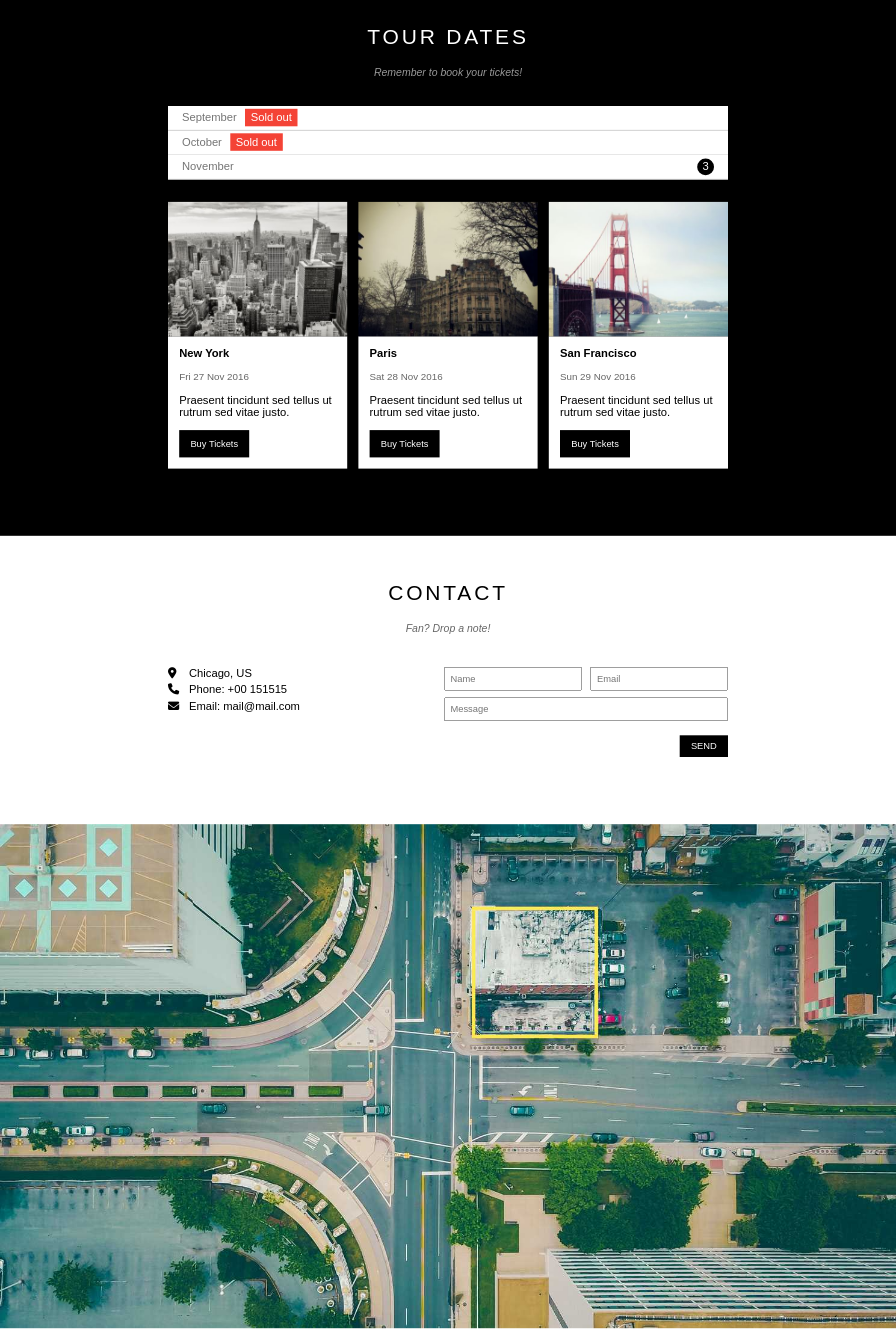
Repository: TranPhucThinh/clone-the-band
Page: index.html
The author's editor kept a copy of each file at every save. The page is drawn from the files as they stood at one save, then again after the next save.
The browser window is 1280 px wide. The pictures show the part of the page from y = 1328 to 3248 px (the page is 3230 px tall before and 3248 px after), at 70% of full size.
Some web libraries are served in a nearby version.

Above is the page before, as saved 2022-08-04 15:18:05.

### index.html
<!DOCTYPE html>
<html lang="en">

<head>
    <meta charset="UTF-8">
    <meta http-equiv="X-UA-Compatible" content="IE=edge">
    <meta name="viewport" content="width=device-width, initial-scale=1.0">

    <title>The Band</title>

    <link rel="stylesheet" href="./assets/style.css">
    <link rel="stylesheet" href="https://cdnjs.cloudflare.com/ajax/libs/font-awesome/6.1.2/css/all.min.css">
</head>

<body>
    <div id="main">

        <div id="header">
            <ul id="nav">
                <li><a href="">Home</a></li>
                <li><a href="">Band</a></li>
                <li><a href="">Tour</a></li>
                <li><a href="">Contact</a></li>
                <li>
                    <a href="">
                        More
                        <i class="fa-solid fa-caret-down"></i>
                    </a>

                    <ul class="subnav">
                        <li><a href="">Merchandise</a></li>
                        <li><a href="">Extras</a></li>
                        <li><a href="">Media</a></li>
                    </ul>
                </li>
            </ul>

            <div class="search-btn">
                <i class="fa-solid fa-magnifying-glass"></i>
            </div>
        </div>

        <div id="slider">
            <div class="text-slider">
                <div class="slider-heading">Los Angeles</div>
                <div class="slider-title">We had the best time playing at Venice Beach!</div>
            </div>
        </div>

        <div id="content">
            <!-- Section About -->
            <div class="section-about">
                <div class="section-content">
                    <p class="title">The band</p>
                    <i class="subtitle">We love music</i>

                    <p class="desc">
                        We have created a fictional band website. Lorem ipsum dolor sit amet, consectetur adipiscing
                        elit,
                        sed
                        do eiusmod tempor incididunt ut labore et dolore magna aliqua. Ut enim ad minim veniam, quis
                        nostrud
                        exercitation ullamco laboris nisi ut aliquip ex ea commodo consequat. Duis aute irure dolor in
                        reprehenderit in voluptate velit esse cillum dolore eu fugiat nulla pariatur. Excepteur sint
                        occaecat
                        cupidatat non proident, sunt in culpa qui officia deserunt mollit anim id est laborum
                        consectetur
                        adipiscing elit, sed do eiusmod tempor incididunt ut labore et dolore magna aliqua. Ut enim ad
                        minim
                        veniam, quis nostrud exercitation ullamco laboris nisi ut aliquip ex ea commodo consequat.
                    </p>
                    <div class="member">
                        <div class="member-1">
                            <p>Name</p>
                            <img src="./assets/imgs/bandmember.jpg" alt="">
                        </div>
                        <div class="member-2">
                            <p>Name</p>
                            <img src="./assets/imgs/bandmember.jpg" alt="">
                        </div>
                        <div class="member-3">
                            <p>Name</p>
                            <img src="./assets/imgs/bandmember.jpg" alt="">
                        </div>
                    </div>
                </div>
            </div>
            <!-- End of Section About -->

            <!-- Section Tour Dates -->
            <div class="tour-date">
                <div class="section-content">
                    <p class="title">Tour dates</p>
                    <i class="subtitle">Remember to book your tickets!</i>

                    <ul class="ticket-state">
                        <li>September<span class="sold-out">Sold out</span></li>
                        <li>October<span class="sold-out">Sold out</span></li>
                        <li>November<span class="quantity">3</span></li>
                    </ul>

                    <div class="places-list">
                        <div class="place-item">
                            <img src="./assets/imgs/newyork.jpg" alt="" class="place-img">
                            <div class="place-content">
                                <p class="place">New York</p>
                                <p class="time">Fri 27 Nov 2016</p>
                                <p class="place-desc">Praesent tincidunt sed tellus ut rutrum sed vitae justo.</p>
                                <button class="buy-ticket-btn">Buy Tickets</button>
                            </div>
                        </div>
                        <div class="place-item">
                            <img src="./assets/imgs/paris.jpg" alt="" class="place-img">
                            <div class="place-content">

                                <p class="place">Paris</p>
                                <p class="time">Sat 28 Nov 2016</p>
                                <p class="place-desc">Praesent tincidunt sed tellus ut rutrum sed vitae justo.</p>
                                <button class="buy-ticket-btn">Buy Tickets</button>
                            </div>
                        </div>
                        <div class="place-item">
                            <img src="./assets/imgs/sanfran.jpg" alt="" class="place-img">
                            <div class="place-content">
                                <p class="place">San Francisco</p>
                                <p class="time">Sun 29 Nov 2016</p>
                                <p class="place-desc">Praesent tincidunt sed tellus ut rutrum sed vitae justo.</p>
                                <button class="buy-ticket-btn">Buy Tickets</button>
                            </div>
                        </div>
                    </div>
                </div>
            </div>
            <!-- End of Section Tour Dates -->

            <!-- Section Contact -->
            <div class="section-contact">
                <div class="section-content">
                    <p class="title">Contact</p>
                    <i class="subtitle">Fan? Drop a note!</i>

                    <div class="contact-content">
                        <div class="contact-by">
                            <div class="address"><i class="fa-solid fa-location-dot icon-contact"></i>Chicago, US</div>
                            <div class="phone"><i class="fa-solid fa-phone icon-contact"></i>Phone: +00 151515</div>
                            <div class="email"><i class="fa-solid fa-envelope icon-contact"></i>Email: mail@mail.com
                            </div>
                        </div>

                        <div class="send-msg">
                            <form action="">
                                <div class="info-user">
                                    <input type="text" required class="input field-name" placeholder="Name">
                                    <input type="text" required class="input field-email" placeholder="Email">
                                </div>
                                <input type="text" required class="input field-msg" placeholder="Message">
                                <button class="send-btn">SEND</button>
                            </form>
                        </div>
                    </div>
                </div>
            </div>
            <!-- End of Section Contact -->

            <!-- Section Map -->
            <div class="section-map">
                <img src="./assets/imgs/map.jpg" alt="">
            </div>
            <!-- End of Section Map -->
        </div>

        <div id="footer">

        </div>
    </div>

</body>

</html>

### assets/style.css
* {
  padding: 0;
  margin: 0;
  box-sizing: border-box;
}

html {
  font-family: Arial, Helvetica, sans-serif;
}

/* Header Section */
#header {
  height: 46px;
  background-color: #000;
  position: fixed;
  top: 0;
  right: 0;
  left: 0;
  z-index: 1;
}

#nav {
  display: inline-block;
}

#nav > li {
  display: inline-block;
}

#nav li {
  position: relative;
}

#nav > li > a {
  color: #fff;
  text-transform: uppercase;
}

#nav li a {
  line-height: 46px;
  padding: 0 24px;
  display: inline-block;
  text-decoration: none;
}

#nav > li:hover > a,
.subnav li:hover a {
  color: #000;
  background-color: #ccc;
}

#nav .subnav {
  display: none;
  position: absolute;
  background-color: #fff;
  box-shadow: 0 4px 10px 0 rgb(0 0 0 / 20%), 0 4px 20px 0 rgb(0 0 0 / 19%);
}

#nav li:last-child:hover .subnav {
  display: block;
}

#nav li:last-child:hover .fa-caret-down {
  color: #000;
}

#nav .subnav li {
  list-style-type: none;
}

#nav .subnav a {
  color: #000;
  display: block;
  line-height: 40px;
  padding: 0 32px;
}

#header .fa-solid {
  color: #fff;
}

.search-btn {
  float: right;
  line-height: 46px;
  padding: 0 20px;
}

.search-btn:hover {
  background-color: red;
  cursor: pointer;
}
/* End of Header Section */

/* Slider Section */
#slider {
  background-color: #fff;
  margin-top: 46px;
  padding-top: 50%;
  background: url('/assets/imgs/la.jpg') top center / cover no-repeat;
  position: relative;
}

#slider .text-slider {
  color: #fff;
  text-align: center;
  position: absolute;
  bottom: 47px;
  left: 50%;
  transform: translate(-50%);
}

#slider .slider-heading {
  font-size: 20px;
  margin-bottom: 16px;
}

#slider .slider-title {
  font-size: 14px;
  font-weight: 700;
}
/* End of Slider Section */

/* About Section */
.section-content {
  max-width: 800px;
  margin: 0 auto;
  text-align: center;
  padding: 64px 0;
}

.section-content .title {
  font-size: 30px;
  text-transform: uppercase;
  letter-spacing: 4px;
  margin-bottom: 25px;
}

.section-content .subtitle {
  opacity: 0.6;
  font-size: 15px;
  margin-bottom: 15px;
  display: inline-block;
}

#content .desc {
  text-align: justify;
  font-size: 15px;
  line-height: 1.4;
  margin-bottom: 47px;
}

#content .member {
  display: flex;
  justify-content: space-around;
  margin-bottom: 32px;
}

.member p {
  margin-bottom: 15px;
}

.member img {
  width: 60%;
  border-radius: 8px;
}
/* End of About Section */

/* Tour date Section */
.tour-date {
  background-color: #000;
  color: #fff;
}

.ticket-state {
  text-align: start;
  list-style-type: none;
  margin-top: 25px;
}

.ticket-state li {
  padding: 8px 20px;
  background-color: #fff;
  color: #757575;
  border-bottom: 1px solid #ddd;
}

.ticket-state .sold-out {
  background-color: #f44336;
  color: #fff;
  padding: 4px 8px;
  margin-left: 12px;
}

.ticket-state .quantity {
  float: right;
  color: #fff;
  background-color: #000;
  width: 24px;
  height: 24px;
  text-align: center;
  line-height: 24px;
  border-radius: 50%;
  margin-top: -3px;
}

.places-list {
  padding: 32px 0;
  display: flex;
  margin: 0 -8px;
}

.place-item {
  width: 33.33%;
  padding: 0 8px;
}

.place-item img {
  width: 100%;
  display: block;
}

.place-content {
  background-color: #fff;
  color: #000;
  text-align: start;
  padding: 16px;
}

.place-content .place {
  margin-bottom: 16px;
  font-weight: 700;
}

.place-content .time {
  opacity: 0.6;
  font-size: 14px;
  margin-bottom: 16px;
}

.place-content .place-desc {
  margin-bottom: 16px;
}

.place-content .buy-ticket-btn {
  border: none;
  color: #fff;
  background-color: #000;
  padding: 12px 16px;
}

.place-content .buy-ticket-btn:hover {
  color: #000;
  background-color: #ccc;
  cursor: pointer;
}
/* End of Tour date Section */

/* Contact Section */
.contact-content {
  display: flex;
  justify-content: space-between;
  padding: 32px 0;
}

.contact-by {
  text-align: start;
}

.contact-by .icon-contact {
  width: 30px;
  margin-bottom: 8px;
}

.field-name {
  margin-right: 8px;
}

.field-msg {
  width: 100%;
  margin-top: 8px;
}

.input {
  padding: 8px;
}

.send-btn {
  border: none;
  background-color: #000;
  color: #fff;
  padding: 8px 16px;
  margin-top: 20px;
  float: right;
}

.send-btn:hover {
  color: #000;
  background-color: #ccc;
  cursor: pointer;
}
/* End of Contact Section */

/* Map Section */
.section-map img {
  width: 100%;
}
/* End of Map Section */

After the next save:
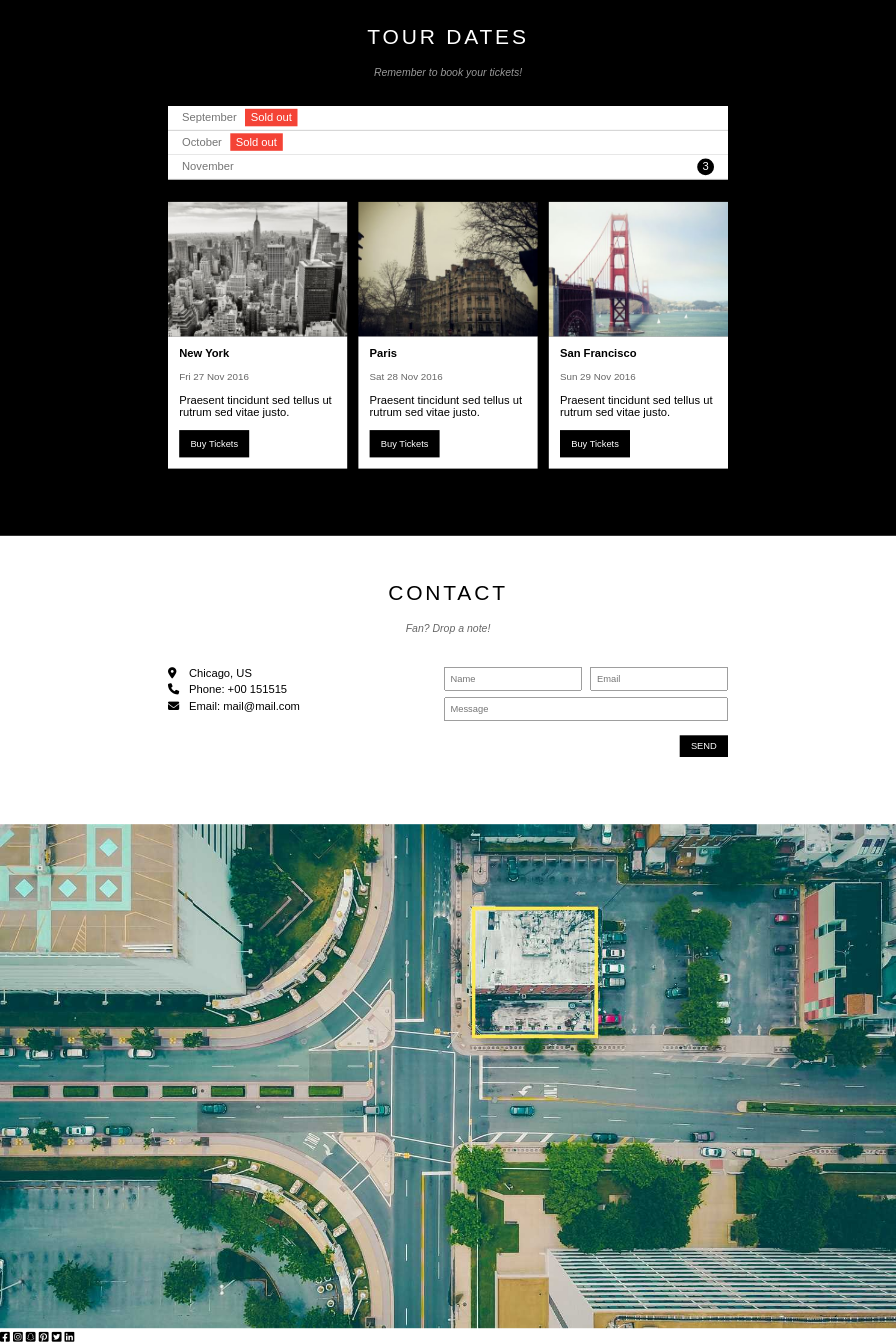
Saved 110 s later.
--- a/index.html
+++ b/index.html
@@ -170,7 +170,12 @@
         </div>
 
         <div id="footer">
-
+            <i class="fa-brands fa-square-facebook"></i>
+            <i class="fa-brands fa-square-instagram"></i>
+            <i class="fa-brands fa-square-snapchat"></i>
+            <i class="fa-brands fa-square-pinterest"></i>
+            <i class="fa-brands fa-square-twitter"></i>
+            <i class="fa-brands fa-linkedin"></i>
         </div>
     </div>
 
